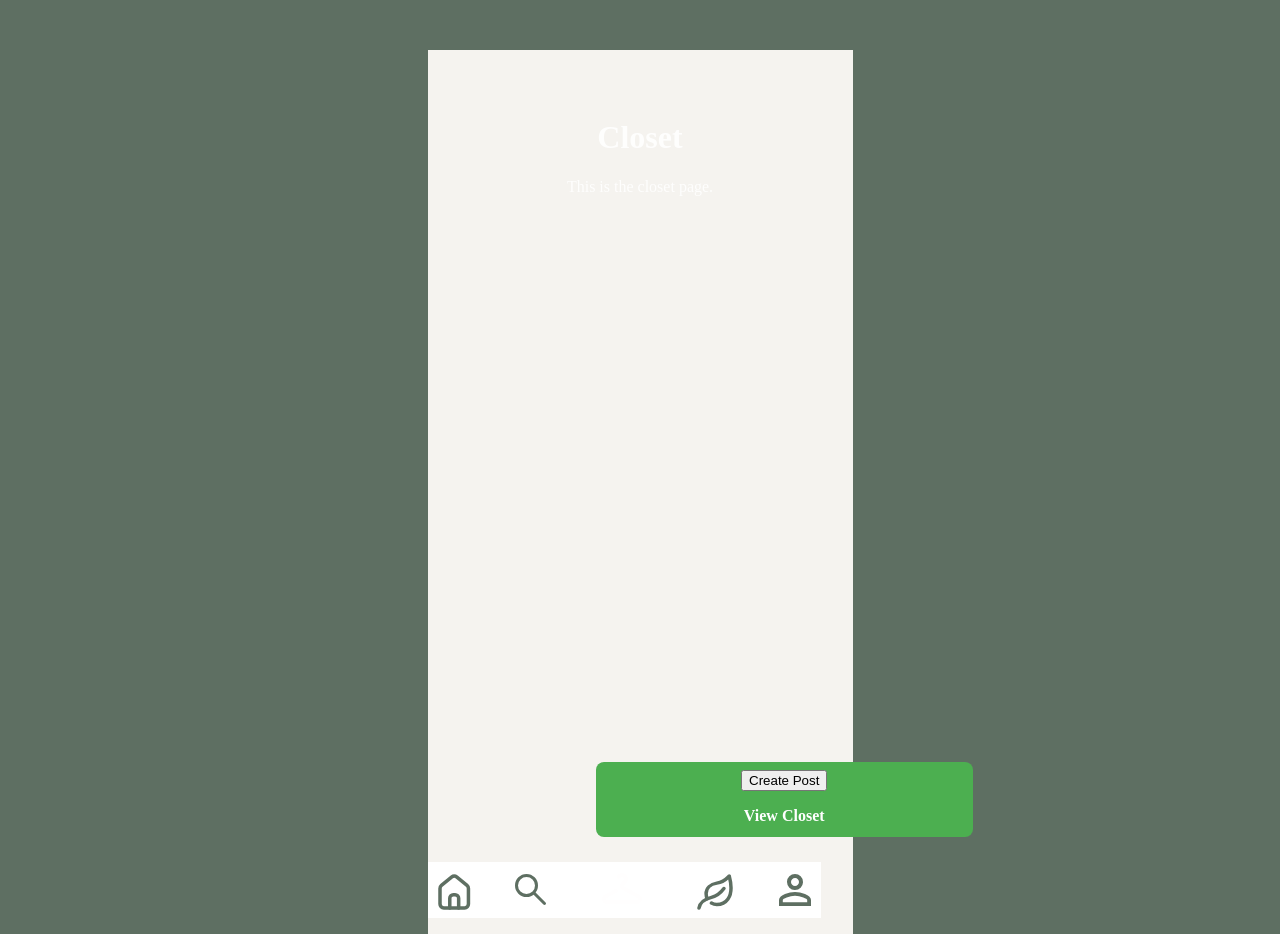
Repository: Strawb3rryjam/app-slotion
Page: /closet, after clicking the first element matching `button.closetPageButton_93d1e_Closet`
The author's editor kept a copy of each file at every save. The page is drawn from the files as they stood at one save, then again after the next save.
The browser window is 1280 px wide. The pictures show the whole page.
The project was rebuilt for these pictures with package versions that can differ from the ones it lists, and the page was loaded fresh each time. Also part of the build but not shown: vite.config.js. Imported but missing from the stored project, and not drawn on this page: src/pages/Home.

Above is the page before, as saved 2025-05-07 13:45:24.

After the next save:
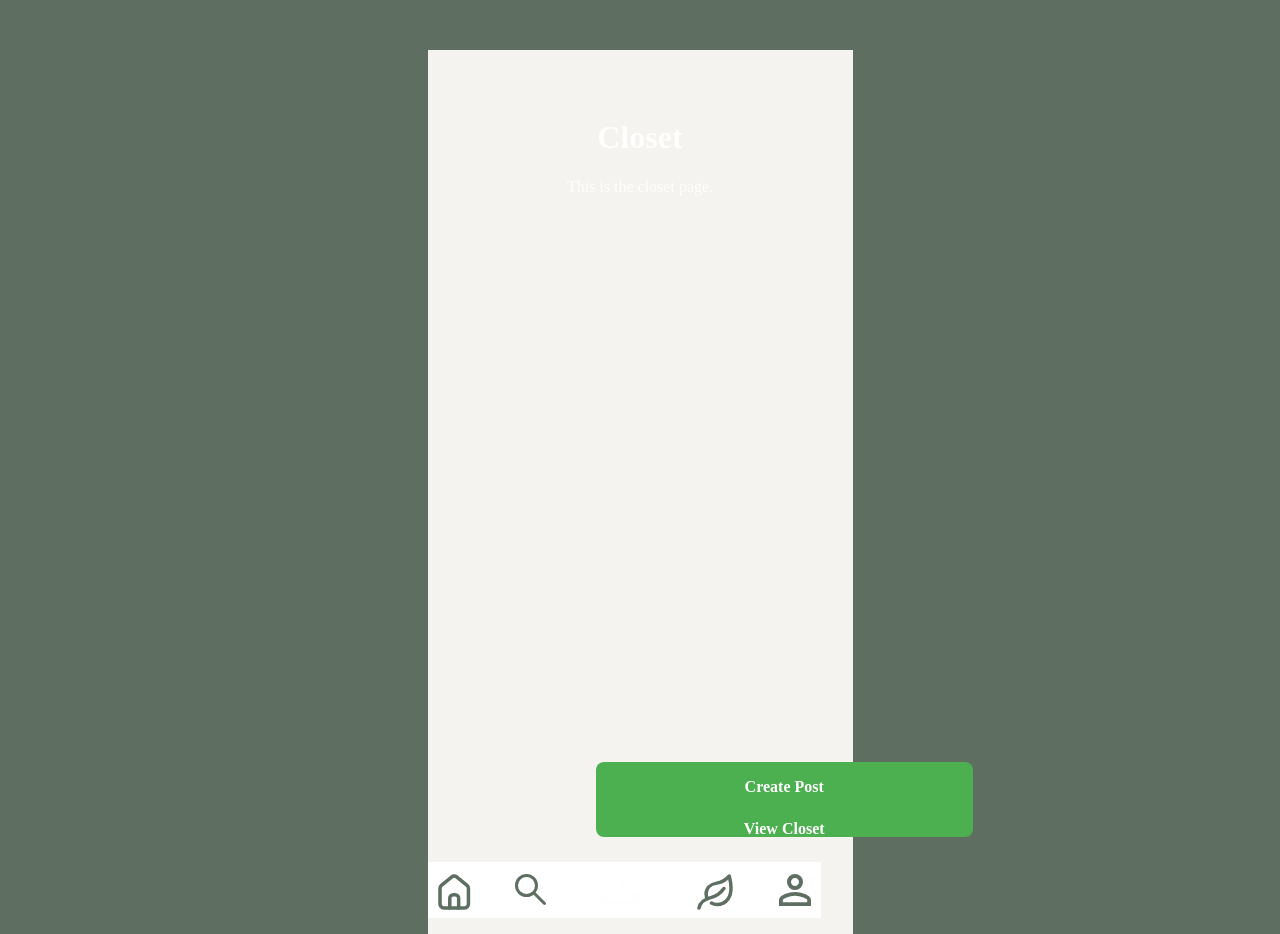
Saved 31 s later.
--- a/src/components/closetPageButton.jsx
+++ b/src/components/closetPageButton.jsx
@@ -19,9 +19,8 @@ export default function ClosetButton() {
         <div className={styles.closetWrapper}>
             {isActive && (
                 <div className={styles.dropdown}>
-<Link to="/CreatePost">
-    <button className={styles.dropdownOption}>Create Post</button>
-</Link>                    <Link to="/Closet" className={styles.dropdownOption2}>View Closet</Link>
+                    <Link to="/CreatePost" className={styles.dropdownOption1}>Create Post</Link>
+                    <Link to="/Closet" className={styles.dropdownOption2}>View Closet</Link>
                 </div>
             )}
             <button onClick={handleClick} className={styles.Closet}>
